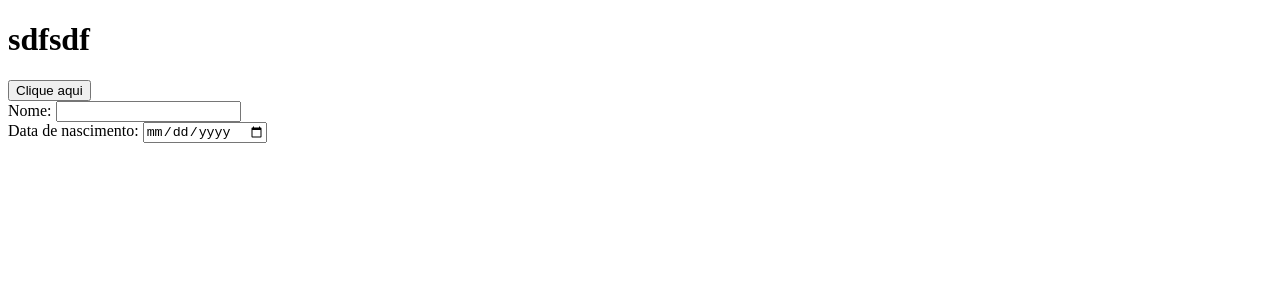
Repository: shamanickCoder/FIAP
Page: Desenvolvimentos de Sistemas Web/1 semestre/Javascript/17-jquery/WebContent/index.html
The author's editor kept a copy of each file at every save. The page is drawn from the files as they stood at one save, then again after the next save.
The browser window is 1280 px wide. The pictures show the whole page.

Above is the page before, as saved 2016-05-18 11:43:38.

After the next save:
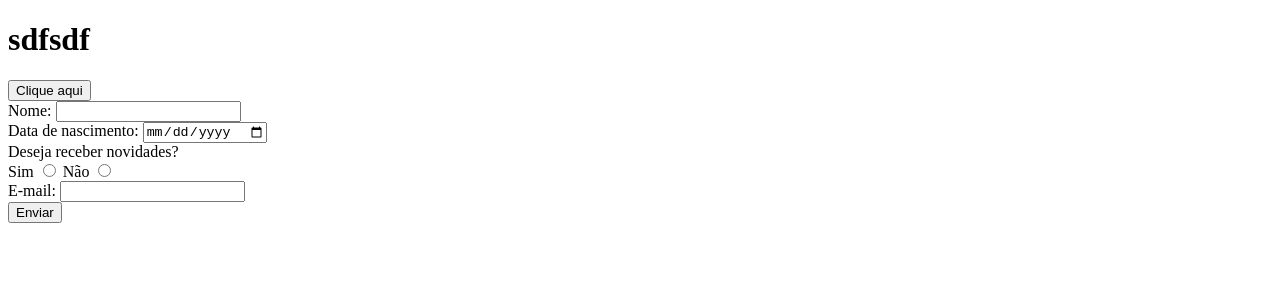
Saved 3 min 34 s later.
--- a/Desenvolvimentos de Sistemas Web/1 semestre/Javascript/17-jquery/WebContent/index.html
+++ b/Desenvolvimentos de Sistemas Web/1 semestre/Javascript/17-jquery/WebContent/index.html
@@ -19,6 +19,21 @@
     <label for = "data">Data de nascimento:</label>
     <input type = "date" id = "data">
    </div>
+   <div>
+    <span>Deseja receber novidades?</span>
+    <br>
+    <label>Sim</label>
+    <input type = "radio" name = "novidades" id = "sim">
+    <label>Não</label>
+    <input type = "radio" name = "novidades" id = "nao">
+   </div>
+   <div>
+    <label>E-mail:</label>
+    <input type = "text" id = "email">
+   </div>
+   <div>
+    <input type = "submit" value = "Enviar" id = "enviar" name = "enviar">
+   </div>
   </form>
  </div>
 </body>
